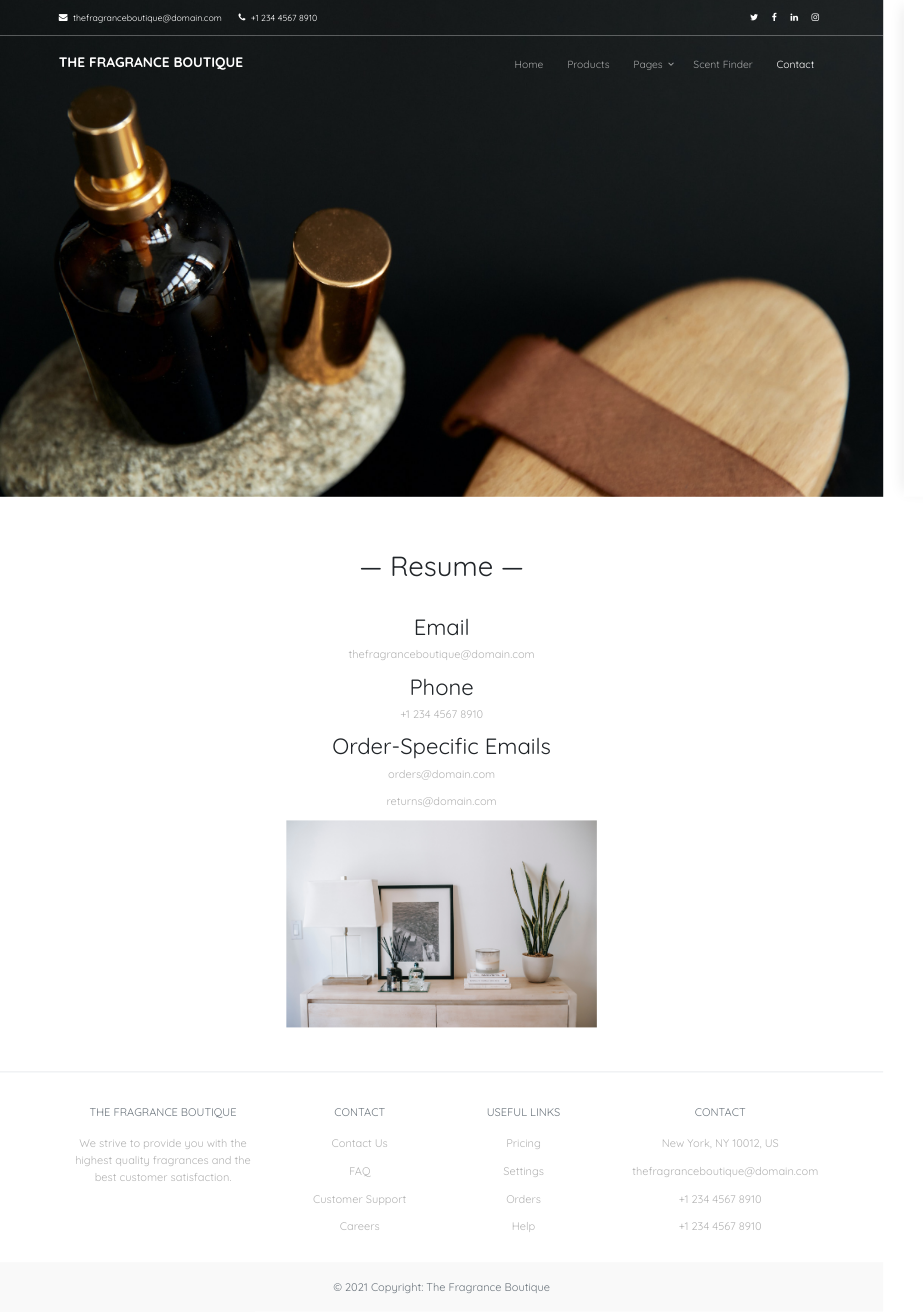
Repository: schon02/seoyun-chon-portfolio
Page: resume_page.html
The author's editor kept a copy of each file at every save. The page is drawn from the files as they stood at one save, then again after the next save.
The browser window is 1280 px wide. The page is 1308 px wide, then 1338 px, so the pictures cover 1338 px, including what lies to the right of the window. The pictures show the whole page, at 69% of full size.

Above is the page before, as saved 2024-12-18 02:53:43.

After the next save:
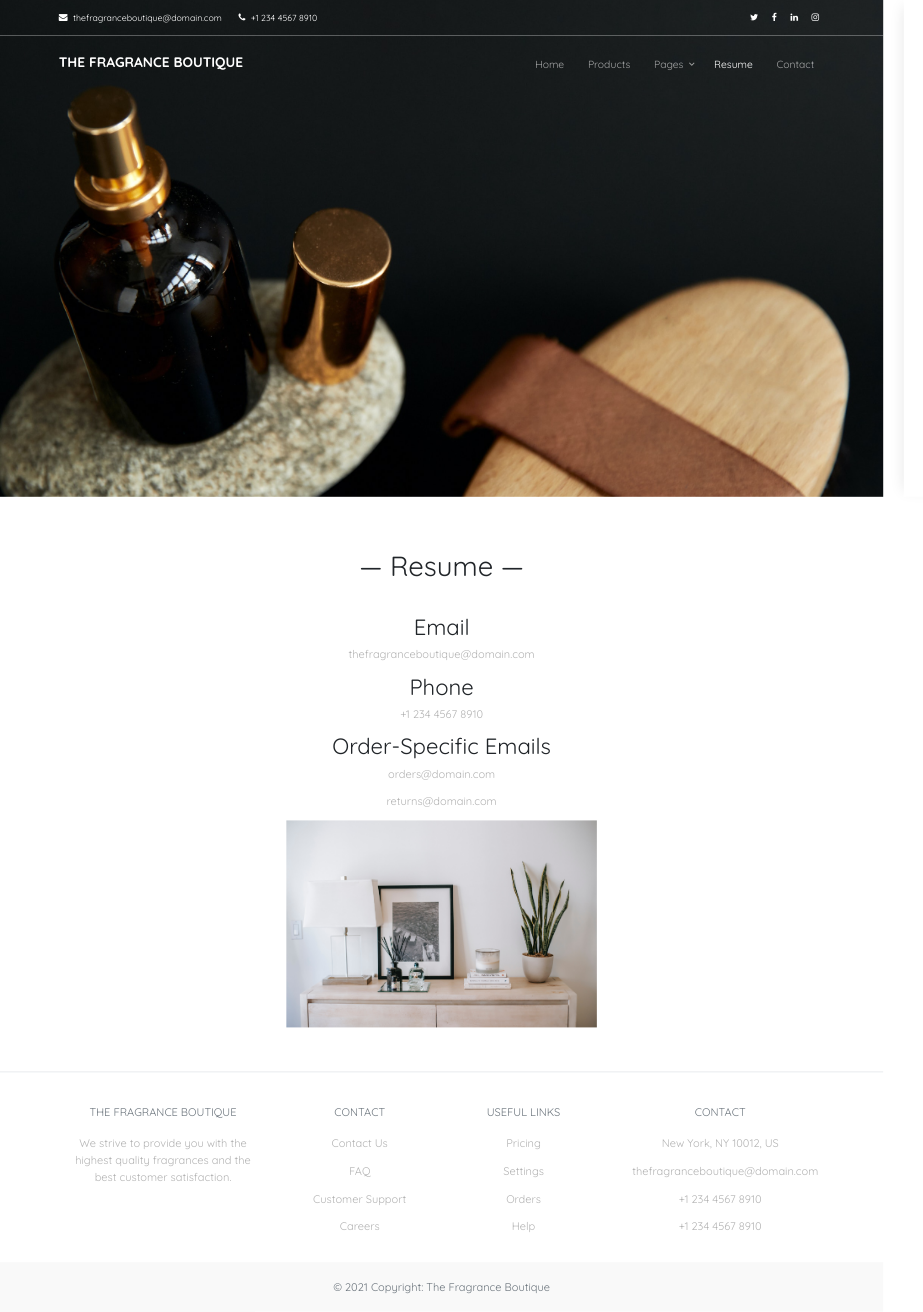
Saved 2 min 28 s later.
--- a/resume_page.html
+++ b/resume_page.html
@@ -18,7 +18,7 @@
         <!-- Style -->
         <link rel="stylesheet" href="css/style.css">
 
-        <title>Contact Page</title>
+        <title>Resume</title>
     </head>
 
     <body>
@@ -102,9 +102,9 @@
                             </ul>
                           </li>
                           <!-- <li><a href="#about-section" class="nav-link">About</a></li> -->
-                          <li><a href="#scentfinder-section" class="nav-link">Scent Finder</a></li>
+                          <li class="active"><a href="resume_page.html" class="active">Resume</a></li>
                           <!-- <li><a href="#gallery-section" class="nav-link">Gallery</a></li> -->
-                          <li class="active"><a href="contact_page.html" class="active">Contact</a></li>
+                          <li><a href="contact_page.html" class="nav-link">Contact</a></li>
                         </ul>
                       </div>
                     </nav>
